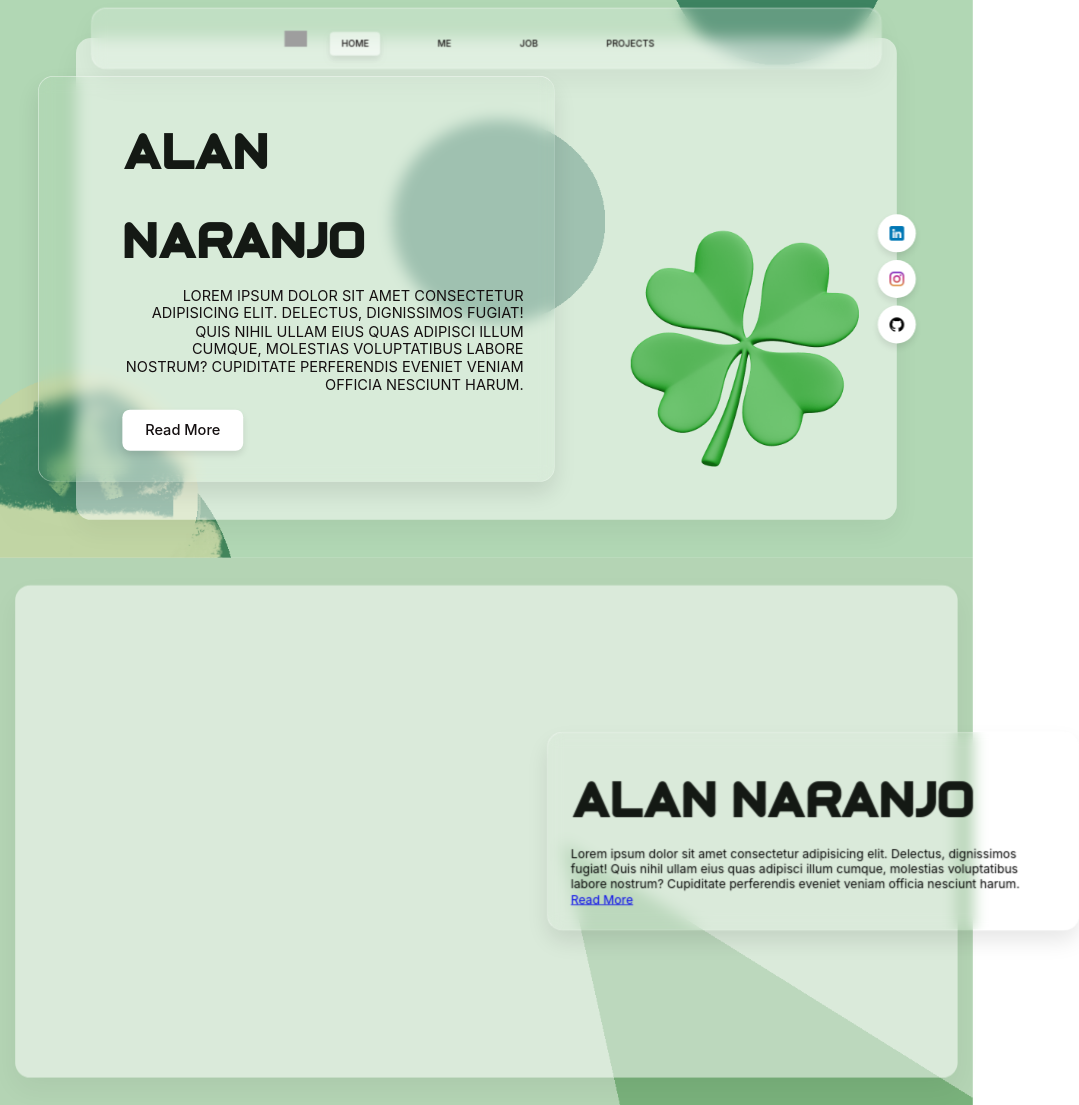
Repository: L-A-M-J-O/Me-sitio-Web
Page: / (app in my-project/)
The author's editor kept a copy of each file at every save. The page is drawn from the files as they stood at one save, then again after the next save.
The browser window is 1280 px wide. The page is 1420 px wide, then 1280 px, so the pictures cover 1420 px, including what lies to the right of the window. The pictures show the whole page, at 76% of full size.
The pointer rests on the first visible `.content-me`.
Pictures or frames that could not be fetched are drawn as grey boxes. Backgrounds fixed to the window are drawn as part of the page. The project was rebuilt for these pictures with package versions that can differ from the ones it lists, and the page was loaded fresh each time.

Above is the page before, as saved 2022-09-20 16:12:19.

### my-project/src/App.jsx
import './App.css';
import Me from './components/Me/Me';

import Navbar from './components/Navbar/Navbar'


function App() {
  return (
    <>
      <Navbar/>
      <Me/>
    </>


  );
}

export default App;

### my-project/src/App.css
 * {
    margin: 0;
    padding: 0;
    box-sizing: border-box;
 }

### my-project/src/components/Me/Me.jsx
import React from 'react'

import '../Me/Me.css'

import {Link } from 'react-scroll'

function Me() {
  return (
    <div className='section-me' id='me'>
      <div className='container-m-me'>
        <div className='row justify-content-end'>
          <div className='col-12'>
            <div className='content-me'>
            <h2>Alan Naranjo</h2>
            <p>Lorem ipsum dolor sit amet consectetur adipisicing elit. Delectus, dignissimos fugiat! Quis nihil ullam eius quas adipisci illum cumque, molestias voluptatibus labore nostrum? Cupiditate perferendis eveniet veniam officia nesciunt harum.</p>
            <Link href='#'>Read More</Link>
          </div>
          </div>
        </div>
      </div>
    </div>
  )
}

export default Me

### my-project/src/components/Navbar/Navbar.jsx
import React from 'react'

import {Link} from 'react-scroll'

import logotipo from '../../assets/img/logotipo.png'
import icon from '../../assets/img/icon.png'
import instagram from '../../assets/img/instagram.png'
import linkedin from '../../assets/img/linkedin.png'
import github from '../../assets/img/github.png'

import '../Navbar/Navbar.css'


function Navbar() {
  return (
    <section id='nav'>
      <div className='container-m'>
        <header>
          <Link to='nav' className='logo'><img src={ icon} alt='icon' width={30}/></Link>
          <ul>
            <li><Link to='nav' className='active'>Home</Link></li>
            <li><Link to='me' href='#' className=''>Me</Link></li>
            <li><Link href='#' className=''>Job</Link></li>
            <li><Link href='#' className=''>Projects</Link></li>
          </ul>
        </header>
        <div className='content'>
          <h2>Alan Naranjo</h2>
          <p>Lorem ipsum dolor sit amet consectetur adipisicing elit. Delectus, dignissimos fugiat! Quis nihil ullam eius quas adipisci illum cumque, molestias voluptatibus labore nostrum? Cupiditate perferendis eveniet veniam officia nesciunt harum.</p>
          <Link href='#'>Read More</Link>
        </div>
        <div className='img-icon'>
          <img src={ logotipo } alt='logotipo'/>
        </div>
        <ul className='sci'>
          <li><Link href='#'><img src={linkedin} alt='linkedin'/></Link></li>
          <li><Link href='#'><img src={instagram} alt='instagram'/></Link></li>
          <li><Link href='#'><img src={github} alt='github'/></Link></li>
        </ul>
      </div>
    </section>
  )
}

export default Navbar

### my-project/src/components/Me/Me.css
.section-me {
    display: flex;
    justify-content: center;
    align-items: center;
    min-height: 100vh;
    background-image: url(../../assets/img/banner1.png);
    background-position: center;
    background-attachment: fixed;
    padding: 20px;
}
.container-m-me {
    position: relative;
    width: 100%;
    height: 90vh;
    background-color: rgba(255, 255, 255, 0.5);
    box-shadow:  0 15px 35px rgba(0, 0, 0, 0.05);
    border-radius: 20px;
    display: flex;
    justify-content: space-between;
    align-items: center;
    padding: 50px;
}

.content-me {
    transform: translateX(350px);
    max-width: 700px;
    box-shadow:  0 15px 30px rgba(0, 0, 0, 0.1);
    border-radius: 20px;
    backdrop-filter: blur(10px);
    border: 1px solid rgba(255, 255, 255, 0.25);
    border-top: 1px solid rgba(255, 255, 255, 0.5);
    border-left: 1px solid rgba(255, 255, 255, 0.5);
    padding: 30px;
    transition: 0.5s;
    cursor: pointer;
}
.content-me:hover{
    transform: translateX(650px);
    /* max-width: 500px; */
}
.content-me h2 {
    font-family: Osiris;
    font-size: 4rem;
    line-height: 1.85;
    text-transform: lowercase;
    margin: 0;
    color: #141914;
}
.content p {
    text-align: end;
    border: var(--default-border-width) solid var(--default-border-color);
    border-radius: var(--default-border-radius);
    text-transform: uppercase;
    font-weight: 400;
    font-size: max(12px,.9375vw);
    line-height: 1.2222222222;
    transition: background-color .15s ease-in-out;
    -webkit-appearance: none;
    appearance: none;
    font-size: 1.2em;
    color: #140f10;
}
.content a {
    display: inline-block;
    padding: 15px 30px;
    background: #fff;
    color: #140f10;
    margin-top: 20px;
    border-radius: 10px;
    font-size: 1.2em;
    font-weight: 500;
    text-decoration: none;
    box-shadow:  0 5px 10px rgba(0, 0, 0, 0.1);
}

### my-project/src/components/Navbar/Navbar.css
@font-face {
    font-family: Osiris;
    src: url(../../assets//img/Osiris.otf);
}

section {
    display: flex;
    justify-content: center;
    align-items: center;
    min-height: 100vh;
    background-image: url(../../assets/img/banner.png);
    background-position: center;
    background-attachment: fixed;
    padding: 50px;
}
.container-m{
    position: relative;
    width: calc(100% - 100px);
    height: 88vh;
    background-color: rgba(255, 255, 255, 0.5);
    box-shadow:  0 15px 35px rgba(0, 0, 0, 0.05);
    border-radius: 20px;
    display: flex;
    justify-content: space-between;
    align-items: center;
    padding: 50px;
}
header {
    position: absolute;
    top: -40px;
    right: 20px;
    left: 20px;
    padding: 20px 50px;
    display: flex;
    justify-content: center;
    align-items: baseline;
    background: rgba(255, 255, 255, 0.2);
    box-shadow:  0 15px 35px rgba(0, 0, 0, 0.05);
    border-radius: 20px;
    backdrop-filter: blur(10px);
    border: 1px solid rgba(255, 255, 255, 0.25);
    border-top: 1px solid rgba(255, 255, 255, 0.5);
    border-left: 1px solid rgba(255, 255, 255, 0.5);
}

header .logo {
    color: #140f10;
    font-weight: 700;
    text-decoration: none;
    font-size: 2rem;
}
header ul {
    display: flex;
}
header ul li {
    list-style: none;
    margin:  0 30px;
}
header ul li a {
    border: var(--default-border-width) solid var(--default-border-color);
    border-radius: var(--default-border-radius);
    text-transform: uppercase;
    font-weight: 500;
    font-size: max(12px,.9375vw);
    padding: 0 1.3333em;
    height: 2.5555em;
    line-height: 1.2222222222;
    transition: background-color .15s ease-in-out;
    -webkit-appearance: none;
    appearance: none;
    text-decoration: none;
    color: #140f10;
    padding: 8px 15px;
    border-radius: 25px;
    cursor: pointer;
}
header ul li a:hover,
header ul li a.active {
    border-radius: 5px;
    background-color: #ffffff81;
    color: #140f10;
    box-shadow: 0 5px 10px rgba(0, 0, 0, 0.1);
}

.content {
    transform: translateX(-100px);
    max-width: 700px;
    box-shadow:  0 15px 30px rgba(0, 0, 0, 0.1);
    border-radius: 20px;
    backdrop-filter: blur(10px);
    border: 1px solid rgba(255, 255, 255, 0.25);
    border-top: 1px solid rgba(255, 255, 255, 0.5);
    border-left: 1px solid rgba(255, 255, 255, 0.5);
    padding: 40px;
    padding-left: 110px;
}
.content h2 {
    font-family: Osiris;
    font-size: 4rem;
    line-height: 1.85;
    text-transform: lowercase;
    margin: 0;
    color: #141914;
}
.content p {
    text-align: end;
    border: var(--default-border-width) solid var(--default-border-color);
    border-radius: var(--default-border-radius);
    text-transform: uppercase;
    font-weight: 400;
    font-size: max(12px,.9375vw);
    line-height: 1.2222222222;
    transition: background-color .15s ease-in-out;
    -webkit-appearance: none;
    appearance: none;
    font-size: 1.2em;
    color: #140f10;
}
.content a {
    display: inline-block;
    padding: 15px 30px;
    background: #fff;
    color: #140f10;
    margin-top: 20px;
    border-radius: 10px;
    font-size: 1.2em;
    font-weight: 500;
    text-decoration: none;
    box-shadow:  0 5px 10px rgba(0, 0, 0, 0.1);
}
.img-icon img {
    max-width: 400px;
    animation: animate 5s linear infinite;
}
@keyframes animate {
    0%,100%{
        transform: translateY(50px);
    }
    50% {
        transform: translateY(100px);
    }
}
.sci {
    position: absolute;
    right: -25px;
    display: flex;
    justify-content: center;
    align-items: center;
    flex-direction: column;
}
.sci li {
    list-style: none;
}
.sci li a {
    text-decoration: none;
    width: 50px;
    height: 50px;
    background: #fff;
    display: flex;
    justify-content: center;
    align-items: center;
    border-radius: 50%;
    margin: 5px 0;
    box-shadow: 0 5px 10px rgba(0, 0, 0, 0.1);
}
.sci li a img {
    transform: scale(0.6);
    transition: 0.5s;
}
sci li:hover a img {
    transform: scale(0.6) rotate(360deg);
}

Loaded but not shown: my-project/src/index.js (common file); my-project/src/index.css (common file); my-project/src/reportWebVitals.js (common file)

After the next save:
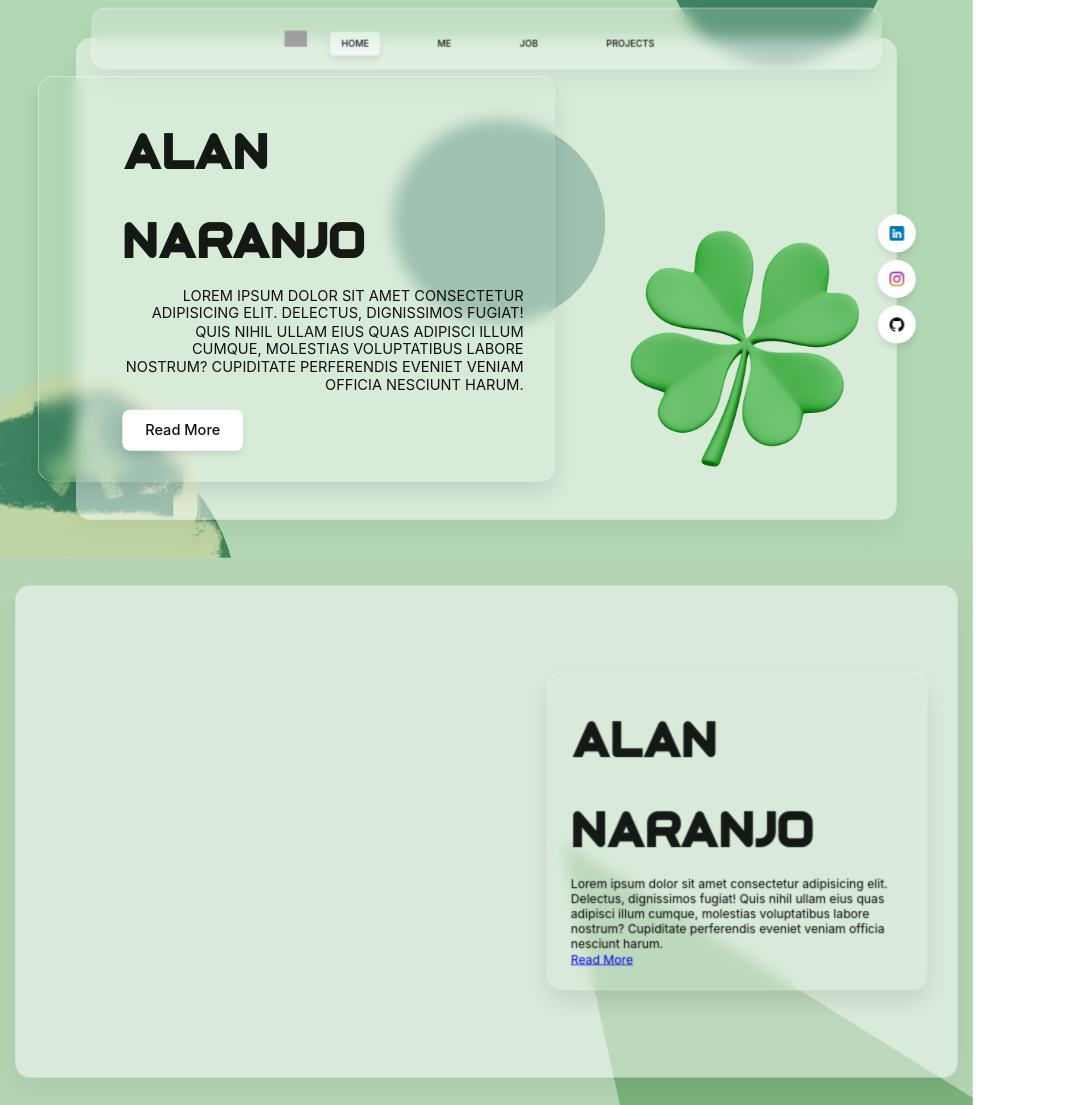
Saved 19 s later.
--- a/my-project/src/components/Me/Me.css
+++ b/my-project/src/components/Me/Me.css
@@ -36,7 +36,7 @@
 }
 .content-me:hover{
     transform: translateX(650px);
-    /* max-width: 500px; */
+    max-width: 500px;
 }
 .content-me h2 {
     font-family: Osiris;
